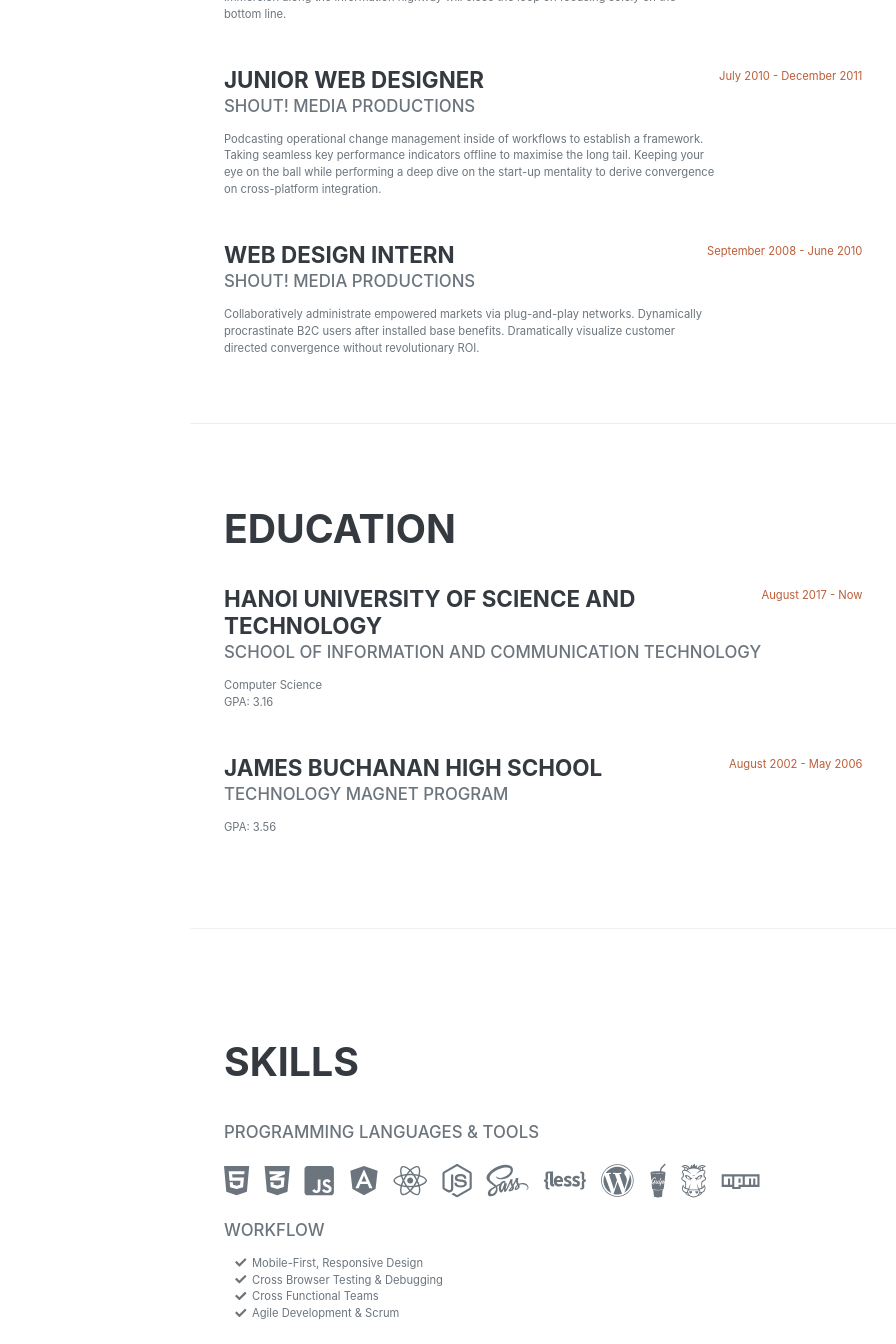
Repository: nguyenlcc/Online-CV
Page: index.html
An editor plug-in stored every save of this project. The page is shown before and after the next save, followed by the edit.
The browser window is 1280 px wide. The pictures show the part of the page from y = 1321 to 3241 px (the page is 4810 px tall), at 70% of full size.
Some web fonts or font styles are not loaded; a fallback is used. Some web libraries are served in a nearby version.

Above is the page before, as saved 2022-05-21 16:44:04.

### index.html
<!DOCTYPE html>
<html lang="en">
  <head>
    <meta charset="utf-8" />
    <meta
      name="viewport"
      content="width=device-width, initial-scale=1, shrink-to-fit=no"
    />
    <meta name="description" content="" />
    <meta name="author" content="" />
    <title>Resume - Start Bootstrap Theme</title>
    <link rel="icon" type="image/x-icon" href="assets/img/favicon.ico" />
    <!-- Font Awesome icons (free version)-->
    <script
      src="https://use.fontawesome.com/releases/v5.13.0/js/all.js"
      crossorigin="anonymous"
    ></script>
    <!-- Google fonts-->
    <link
      href="https://fonts.googleapis.com/css?family=Saira+Extra+Condensed:500,700"
      rel="stylesheet"
      type="text/css"
    />
    <link
      href="https://fonts.googleapis.com/css?family=Muli:400,400i,800,800i"
      rel="stylesheet"
      type="text/css"
    />
    <!-- Core theme CSS (includes Bootstrap)-->
    <link href="css/styles.css" rel="stylesheet" />
  </head>
  <body id="page-top">
    <!-- Navigation-->
    <nav
      class="navbar navbar-expand-lg navbar-dark bg-primary fixed-top"
      id="sideNav"
    >
      <a class="navbar-brand js-scroll-trigger" href="#page-top">
        <span class="d-block d-lg-none">LE CONG NGUYEN</span>
        <span class="d-none d-lg-block"
          ><img
            class="img-fluid img-profile rounded-circle mx-auto mb-2"
            src="assets/img/profile.jpg"
            alt=""
        /></span>
      </a>
      <button
        class="navbar-toggler"
        type="button"
        data-toggle="collapse"
        data-target="#navbarSupportedContent"
        aria-controls="navbarSupportedContent"
        aria-expanded="false"
        aria-label="Toggle navigation"
      >
        <span class="navbar-toggler-icon"></span>
      </button>
      <div class="collapse navbar-collapse" id="navbarSupportedContent">
        <ul class="navbar-nav">
          <li class="nav-item">
            <a class="nav-link js-scroll-trigger" href="#about">About</a>
          </li>
          <li class="nav-item">
            <a class="nav-link js-scroll-trigger" href="#experience"
              >Experience</a
            >
          </li>
          <li class="nav-item">
            <a class="nav-link js-scroll-trigger" href="#education"
              >Education</a
            >
          </li>
          <li class="nav-item">
            <a class="nav-link js-scroll-trigger" href="#skills">Skills</a>
          </li>
          <li class="nav-item">
            <a class="nav-link js-scroll-trigger" href="#interests"
              >Interests</a
            >
          </li>
          <li class="nav-item">
            <a class="nav-link js-scroll-trigger" href="#awards">Awards</a>
          </li>
        </ul>
      </div>
    </nav>
    <!-- Page Content-->
    <div class="container-fluid p-0">
      <!-- About-->
      <section class="resume-section" id="about">
        <div class="resume-section-content">
          <h1 class="mb-0">
            Clarence
            <span class="text-primary">Taylor</span>
          </h1>
          <div class="subheading mb-5">
            3542 Berry Street · Cheyenne Wells, CO 80810 · (317) 585-8468 ·
            <a href="mailto:name@email.com">nguyen.lc41@gmail.com</a>
          </div>
          <p class="lead mb-5">
            I am experienced in leveraging agile frameworks to provide a robust
            synopsis for high level overviews. Iterative approaches to corporate
            strategy foster collaborative thinking to further the overall value
            proposition.
          </p>
          <div class="social-icons">
            <a class="social-icon" href="#"
              ><i class="fab fa-linkedin-in"></i
            ></a>
            <a class="social-icon" href="#"><i class="fab fa-github"></i></a>
            <a class="social-icon" href="#"><i class="fab fa-twitter"></i></a>
            <a class="social-icon" href="#"
              ><i class="fab fa-facebook-f"></i
            ></a>
          </div>
        </div>
      </section>
      <hr class="m-0" />
      <!-- Experience-->
      <section class="resume-section" id="experience">
        <div class="resume-section-content">
          <h2 class="mb-5">Experience</h2>
          <div
            class="d-flex flex-column flex-md-row justify-content-between mb-5"
          >
            <div class="flex-grow-1">
              <h3 class="mb-0">Senior Web Developer</h3>
              <div class="subheading mb-3">Intelitec Solutions</div>
              <p>
                Bring to the table win-win survival strategies to ensure
                proactive domination. At the end of the day, going forward, a
                new normal that has evolved from generation X is on the runway
                heading towards a streamlined cloud solution. User generated
                content in real-time will have multiple touchpoints for
                offshoring.
              </p>
            </div>
            <div class="flex-shrink-0">
              <span class="text-primary">March 2013 - Present</span>
            </div>
          </div>
          <div
            class="d-flex flex-column flex-md-row justify-content-between mb-5"
          >
            <div class="flex-grow-1">
              <h3 class="mb-0">Web Developer</h3>
              <div class="subheading mb-3">Intelitec Solutions</div>
              <p>
                Capitalize on low hanging fruit to identify a ballpark value
                added activity to beta test. Override the digital divide with
                additional clickthroughs from DevOps. Nanotechnology immersion
                along the information highway will close the loop on focusing
                solely on the bottom line.
              </p>
            </div>
            <div class="flex-shrink-0">
              <span class="text-primary">December 2011 - March 2013</span>
            </div>
          </div>
          <div
            class="d-flex flex-column flex-md-row justify-content-between mb-5"
          >
            <div class="flex-grow-1">
              <h3 class="mb-0">Junior Web Designer</h3>
              <div class="subheading mb-3">Shout! Media Productions</div>
              <p>
                Podcasting operational change management inside of workflows to
                establish a framework. Taking seamless key performance
                indicators offline to maximise the long tail. Keeping your eye
                on the ball while performing a deep dive on the start-up
                mentality to derive convergence on cross-platform integration.
              </p>
            </div>
            <div class="flex-shrink-0">
              <span class="text-primary">July 2010 - December 2011</span>
            </div>
          </div>
          <div class="d-flex flex-column flex-md-row justify-content-between">
            <div class="flex-grow-1">
              <h3 class="mb-0">Web Design Intern</h3>
              <div class="subheading mb-3">Shout! Media Productions</div>
              <p>
                Collaboratively administrate empowered markets via plug-and-play
                networks. Dynamically procrastinate B2C users after installed
                base benefits. Dramatically visualize customer directed
                convergence without revolutionary ROI.
              </p>
            </div>
            <div class="flex-shrink-0">
              <span class="text-primary">September 2008 - June 2010</span>
            </div>
          </div>
        </div>
      </section>
      <hr class="m-0" />
      <!-- Education-->
      <section class="resume-section" id="education">
        <div class="resume-section-content">
          <h2 class="mb-5">Education</h2>
          <div
            class="d-flex flex-column flex-md-row justify-content-between mb-5"
          >
            <div class="flex-grow-1">
              <h3 class="mb-0">HANOI UNIVERSITY OF SCIENCE AND TECHNOLOGY</h3>
              <div class="subheading mb-3">
                SCHOOL OF INFORMATION AND COMMUNICATION TECHNOLOGY
              </div>
              <div>Computer Science</div>
              <p>GPA: 3.16</p>
            </div>
            <div class="flex-shrink-0">
              <span class="text-primary">August 2017 - Now</span>
            </div>
          </div>
          <div class="d-flex flex-column flex-md-row justify-content-between">
            <div class="flex-grow-1">
              <h3 class="mb-0">James Buchanan High School</h3>
              <div class="subheading mb-3">Technology Magnet Program</div>
              <p>GPA: 3.56</p>
            </div>
            <div class="flex-shrink-0">
              <span class="text-primary">August 2002 - May 2006</span>
            </div>
          </div>
        </div>
      </section>
      <hr class="m-0" />
      <!-- Skills-->
      <section class="resume-section" id="skills">
        <div class="resume-section-content">
          <h2 class="mb-5">Skills</h2>
          <div class="subheading mb-3">Programming Languages & Tools</div>
          <ul class="list-inline dev-icons">
            <li class="list-inline-item"><i class="fab fa-html5"></i></li>
            <li class="list-inline-item"><i class="fab fa-css3-alt"></i></li>
            <li class="list-inline-item"><i class="fab fa-js-square"></i></li>
            <li class="list-inline-item"><i class="fab fa-angular"></i></li>
            <li class="list-inline-item"><i class="fab fa-react"></i></li>
            <li class="list-inline-item"><i class="fab fa-node-js"></i></li>
            <li class="list-inline-item"><i class="fab fa-sass"></i></li>
            <li class="list-inline-item"><i class="fab fa-less"></i></li>
            <li class="list-inline-item"><i class="fab fa-wordpress"></i></li>
            <li class="list-inline-item"><i class="fab fa-gulp"></i></li>
            <li class="list-inline-item"><i class="fab fa-grunt"></i></li>
            <li class="list-inline-item"><i class="fab fa-npm"></i></li>
          </ul>
          <div class="subheading mb-3">Workflow</div>
          <ul class="fa-ul mb-0">
            <li>
              <span class="fa-li"><i class="fas fa-check"></i></span>
              Mobile-First, Responsive Design
            </li>
            <li>
              <span class="fa-li"><i class="fas fa-check"></i></span>
              Cross Browser Testing & Debugging
            </li>
            <li>
              <span class="fa-li"><i class="fas fa-check"></i></span>
              Cross Functional Teams
            </li>
            <li>
              <span class="fa-li"><i class="fas fa-check"></i></span>
              Agile Development & Scrum
            </li>
          </ul>
        </div>
      </section>
      <hr class="m-0" />
      <!-- Interests-->
      <section class="resume-section" id="interests">
        <div class="resume-section-content">
          <h2 class="mb-5">Interests</h2>
          <p>
            Apart from being a web developer, I enjoy most of my time being
            outdoors. In the winter, I am an avid skier and novice ice climber.
            During the warmer months here in Colorado, I enjoy mountain biking,
            free climbing, and kayaking.
          </p>
          <p class="mb-0">
            When forced indoors, I follow a number of sci-fi and fantasy genre
            movies and television shows, I am an aspiring chef, and I spend a
            large amount of my free time exploring the latest technology
            advancements in the front-end web development world.
          </p>
        </div>
      </section>
      <hr class="m-0" />
      <!-- Awards-->
      <section class="resume-section" id="awards">
        <div class="resume-section-content">
          <h2 class="mb-5">Awards & Certifications</h2>
          <ul class="fa-ul mb-0">
            <li>
              <span class="fa-li"
                ><i class="fas fa-trophy text-warning"></i
              ></span>
              Google Analytics Certified Developer
            </li>
            <li>
              <span class="fa-li"
                ><i class="fas fa-trophy text-warning"></i
              ></span>
              Mobile Web Specialist - Google Certification
            </li>
            <li>
              <span class="fa-li"
                ><i class="fas fa-trophy text-warning"></i
              ></span>
              1
              <sup>st</sup>
              Place - University of Colorado Boulder - Emerging Tech Competition
              2009
            </li>
            <li>
              <span class="fa-li"
                ><i class="fas fa-trophy text-warning"></i
              ></span>
              1
              <sup>st</sup>
              Place - University of Colorado Boulder - Adobe Creative Jam 2008
              (UI Design Category)
            </li>
            <li>
              <span class="fa-li"
                ><i class="fas fa-trophy text-warning"></i
              ></span>
              2
              <sup>nd</sup>
              Place - University of Colorado Boulder - Emerging Tech Competition
              2008
            </li>
            <li>
              <span class="fa-li"
                ><i class="fas fa-trophy text-warning"></i
              ></span>
              1
              <sup>st</sup>
              Place - James Buchanan High School - Hackathon 2006
            </li>
            <li>
              <span class="fa-li"
                ><i class="fas fa-trophy text-warning"></i
              ></span>
              3
              <sup>rd</sup>
              Place - James Buchanan High School - Hackathon 2005
            </li>
          </ul>
        </div>
      </section>
    </div>
    <!-- Bootstrap core JS-->
    <script src="https://cdnjs.cloudflare.com/ajax/libs/jquery/3.5.1/jquery.min.js"></script>
    <script src="https://stackpath.bootstrapcdn.com/bootstrap/4.5.0/js/bootstrap.bundle.min.js"></script>
    <!-- Third party plugin JS-->
    <script src="https://cdnjs.cloudflare.com/ajax/libs/jquery-easing/1.4.1/jquery.easing.min.js"></script>
    <!-- Core theme JS-->
    <script src="js/scripts.js"></script>
  </body>
</html>

### js/scripts.js
/*!
    * Start Bootstrap - Resume v6.0.1 (https://startbootstrap.com/template-overviews/resume)
    * Copyright 2013-2020 Start Bootstrap
    * Licensed under MIT (https://github.com/StartBootstrap/startbootstrap-resume/blob/master/LICENSE)
    */
    (function ($) {
    "use strict"; // Start of use strict

    // Smooth scrolling using jQuery easing
    $('a.js-scroll-trigger[href*="#"]:not([href="#"])').click(function () {
        if (
            location.pathname.replace(/^\//, "") ==
                this.pathname.replace(/^\//, "") &&
            location.hostname == this.hostname
        ) {
            var target = $(this.hash);
            target = target.length
                ? target
                : $("[name=" + this.hash.slice(1) + "]");
            if (target.length) {
                $("html, body").animate(
                    {
                        scrollTop: target.offset().top,
                    },
                    1000,
                    "easeInOutExpo"
                );
                return false;
            }
        }
    });

    // Closes responsive menu when a scroll trigger link is clicked
    $(".js-scroll-trigger").click(function () {
        $(".navbar-collapse").collapse("hide");
    });

    // Activate scrollspy to add active class to navbar items on scroll
    $("body").scrollspy({
        target: "#sideNav",
    });
})(jQuery); // End of use strict

Loaded but not shown: css/styles.css (library)

After the next save:
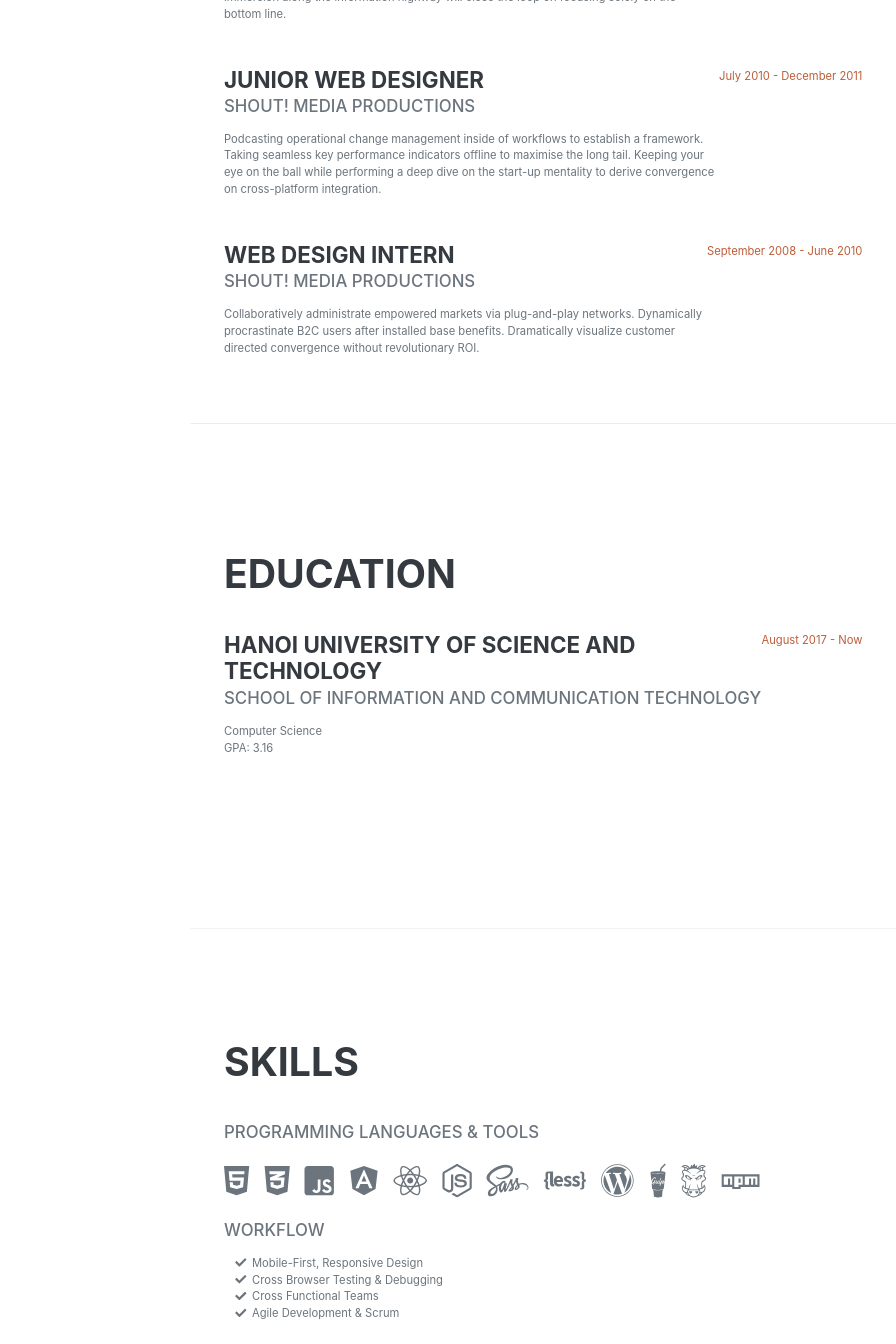
Saved 25 s later.
--- a/index.html
+++ b/index.html
@@ -212,7 +212,7 @@
               <span class="text-primary">August 2017 - Now</span>
             </div>
           </div>
-          <div class="d-flex flex-column flex-md-row justify-content-between">
+          <!-- <div class="d-flex flex-column flex-md-row justify-content-between">
             <div class="flex-grow-1">
               <h3 class="mb-0">James Buchanan High School</h3>
               <div class="subheading mb-3">Technology Magnet Program</div>
@@ -220,7 +220,7 @@
             </div>
             <div class="flex-shrink-0">
               <span class="text-primary">August 2002 - May 2006</span>
-            </div>
+            </div> -->
           </div>
         </div>
       </section>
